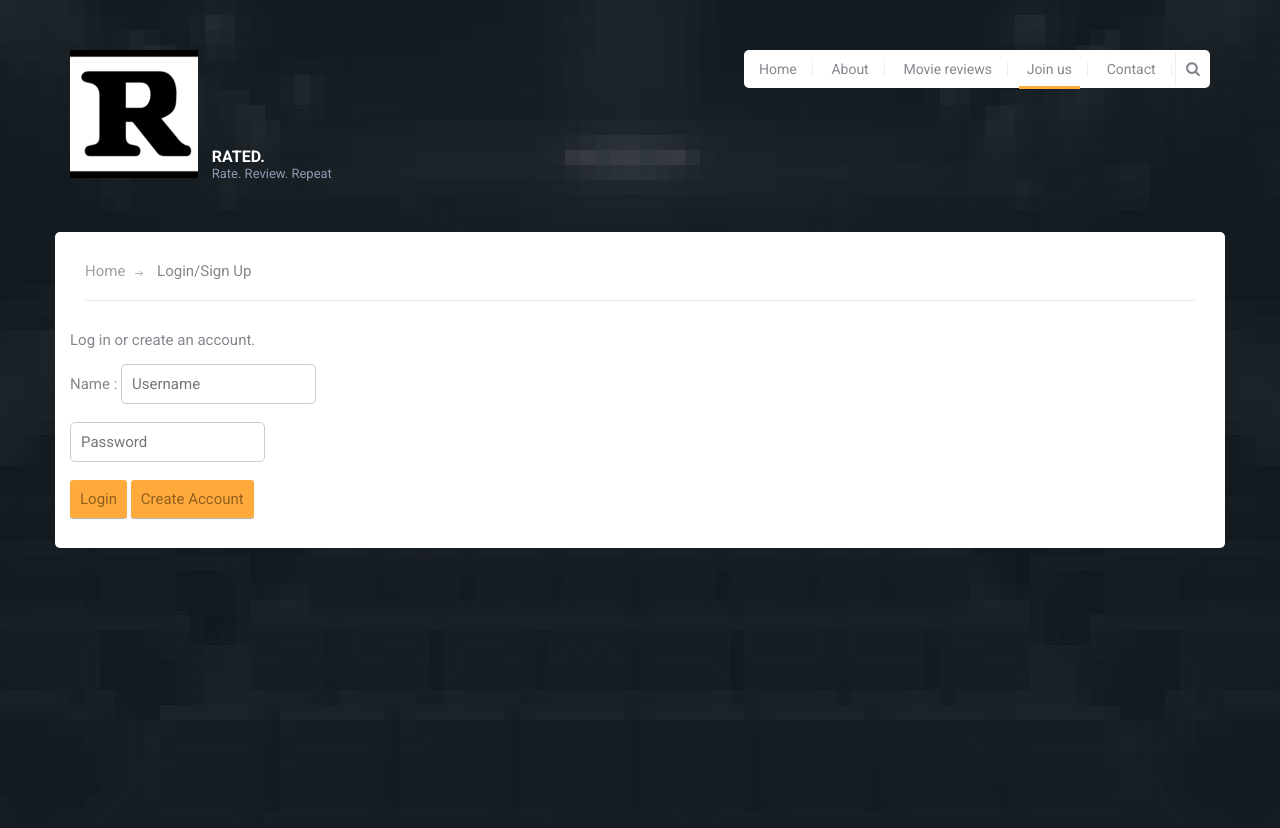
Repository: berliarishabh/CSCI-5448
Page: http://localhost/MovieRatingSystem/joinus.jsp
An editor plug-in stored every save of this project. The page is shown before and after the next save, followed by the edit.
The browser window is 1280 px wide. The pictures show the whole page.
The page is served by Tomcat 9. Nobody is signed in. The application's start-up code is not run. Other server files are loaded and not shown.

Above is the page before, as saved 2017-04-29 21:48:27.

### MovieRatingSystem/src/main/webapp/joinus.jsp
<%@ page language="java" contentType="text/html; charset=UTF-8" pageEncoding="UTF-8"%>
<%@page isELIgnored="false" %>
<!DOCTYPE html PUBLIC "-//W3C//DTD HTML 4.01 Transitional//EN" "http://www.w3.org/TR/html4/loose.dtd">
<html lang="en">
	<head>
		<meta charset="UTF-8">
		<meta http-equiv="X-UA-Compatible" content="IE=edge">
		<meta name="viewport" content="width=device-width, initial-scale=1.0,maximum-scale=1">

		<title>Movie Review | Join Us</title>

		<!-- Loading third party fonts -->
		<link href="http://fonts.googleapis.com/css?family=Roboto:300,400,700|" rel="stylesheet" type="text/css">
		<link href="fonts/font-awesome.min.css" rel="stylesheet" type="text/css">

		<!-- Loading main css file -->
		<link rel="stylesheet" href="style.css">

		<!--[if lt IE 9]>
		<script src="js/ie-support/html5.js"></script>
		<script src="js/ie-support/respond.js"></script>
		<![endif]-->

	</head>


	<body>


		<div id="site-content">
			<header class="site-header">
				<div class="container">
					<a href="index.html" id="branding">
						<img src="images/logo.png" alt="" class="logo">
						<div class="logo-copy">
							<h1 class="site-title">Rated.</h1>
							<small class="site-description">Rate. Review. Repeat</small>
						</div>
					</a> <!-- #branding -->

					<div class="main-navigation">
						<button type="button" class="menu-toggle"><i class="fa fa-bars"></i></button>
						<ul class="menu">
							<li class="menu-item"><a href="index.html">Home</a></li>
							<li class="menu-item"><a href="about.html">About</a></li>
							<li class="menu-item"><a href="review.html">Movie reviews</a></li>
							<li class="menu-item current-menu-item"><a href="joinus.html">Join us</a></li>
							<li class="menu-item"><a href="contact.html">Contact</a></li>
						</ul> <!-- .menu -->

						<form action="#" class="search-form">
							<input type="text" placeholder="Search...">
							<button><i class="fa fa-search"></i></button>
						</form>
					</div> <!-- .main-navigation -->

					<div class="mobile-navigation"></div>
				</div>
			</header>
			<main class="main-content">
				<div class="container">
					<div class="page">
						<div class="breadcrumbs">
							<a href="index.html">Home</a>
							<span>Login/Sign Up</span>
						</div>

						<div class="content">




								<div class="row" id="content">

						<div class="medium-8 columns">
						<div class="left large-10 columns">

						<div class="col" style="margin-right:25%">
						     <div class="well">
						       <form action="/MovieRatingSystem/login" method="post" class="form-inline">
						         <p>Log in or create an account.</p>
						         <div class="form-group form-space">
						           Name : <input id="username" name="name" type="text" placeholder="Username" required class="form-control">
						         </div>
										 <br>
						         <div class="form-group form-space">
						           <input id="password" name="password" type="password" placeholder="Password" required class="form-control">
						         </div>
										 <br>
						         <div class="form-group form-more-space">
						           <button id="log-in-btn" type="submit" formaction="/MovieRatingSystem/login" class="btn btn-default">Login</button>
						           <button id="new-account-btn" type="submit" formaction="/signup" class="btn btn-default">Create Account</button>
						         </div>
						       </form>
						     </div>
						   </div>
						 </div>
						 </div>
							</div>
						</div>
					</div>

				</div> <!-- .container -->
			</main>
			<footer class="site-footer">
				<div class="container">
					<div class="row">




					</div> <!-- .row -->

					<div class="row">
							<br>
							<br>
							<br>
							<br>
							<br>
							<br>
						</div>
						<div class="row">
								<br>
								<br>
								<br>
								<br>

							</div>
				</div> <!-- .container -->

			</footer>
		</div>
		<!-- Default snippet for navigation -->



		<script src="js/jquery-1.11.1.min.js"></script>
		<script src="js/plugins.js"></script>
		<script src="js/app.js"></script>

	</body>

</html>

Loaded but not shown: MovieRatingSystem/src/main/webapp/fonts/font-awesome.min.css (library); MovieRatingSystem/src/main/webapp/js/jquery-1.11.1.min.js (library); MovieRatingSystem/src/main/webapp/js/plugins.js (library); MovieRatingSystem/src/main/webapp/js/app.js (45 lines, source omitted); MovieRatingSystem/src/main/webapp/style.css (1751 lines, source omitted)

After the next save:
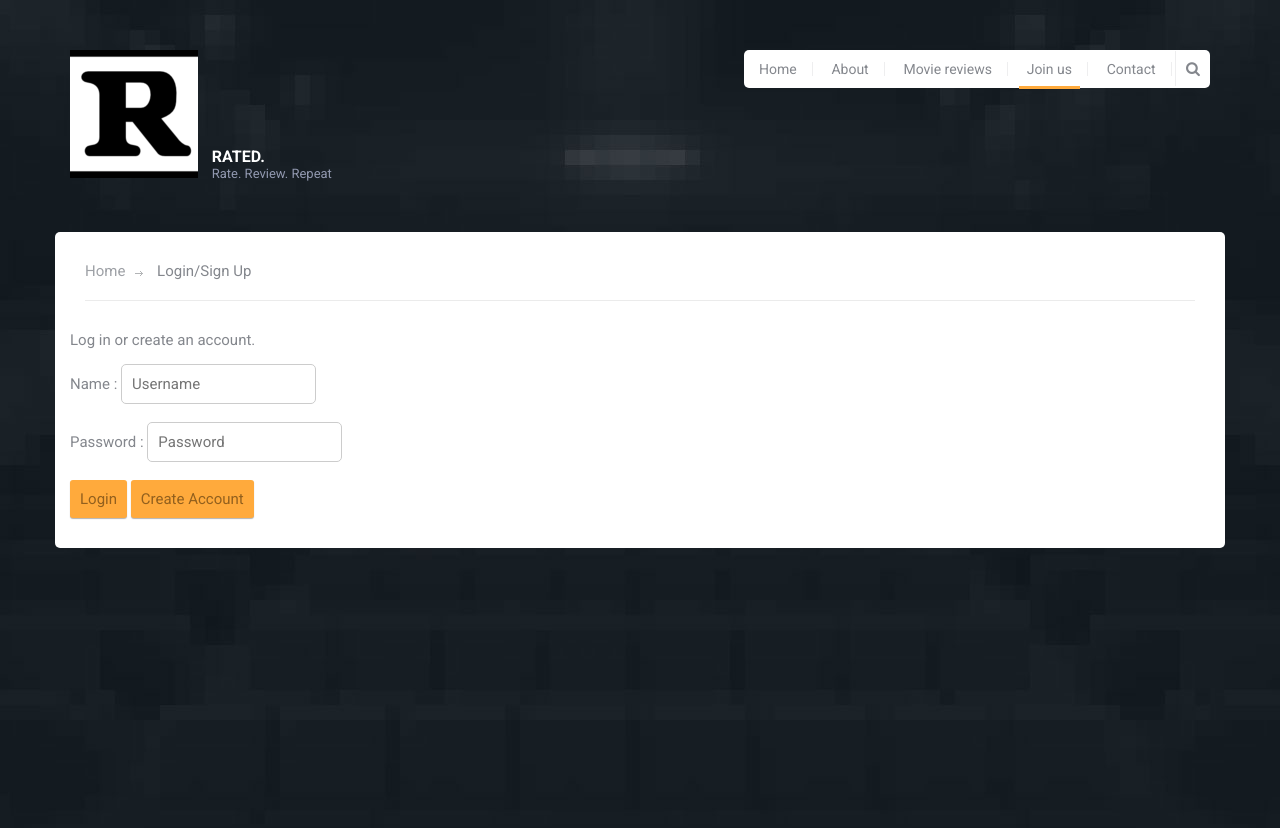
Saved 9 s later.
--- a/MovieRatingSystem/src/main/webapp/joinus.jsp
+++ b/MovieRatingSystem/src/main/webapp/joinus.jsp
@@ -84,7 +84,7 @@
 						         </div>
 										 <br>
 						         <div class="form-group form-space">
-						           <input id="password" name="password" type="password" placeholder="Password" required class="form-control">
+						           Password : <input id="password" name="password" type="password" placeholder="Password" required class="form-control">
 						         </div>
 										 <br>
 						         <div class="form-group form-more-space">
